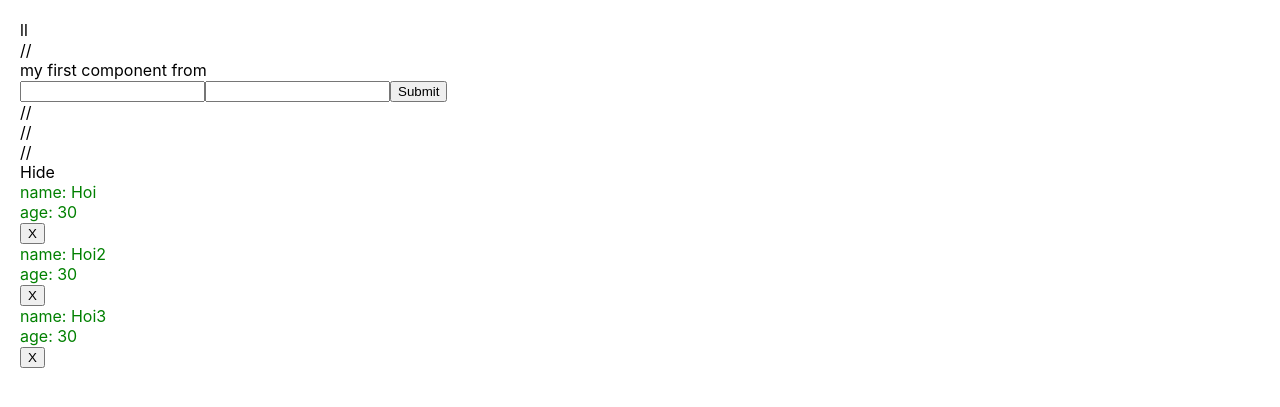
Repository: tvvn12/React-demo
Page: /
The author's editor kept a copy of each file at every save. The page is drawn from the files as they stood at one save, then again after the next save.
The browser window is 1280 px wide. The pictures show the whole page.
The project was rebuilt for these pictures with package versions that can differ from the ones it lists, and the page was loaded fresh each time.

Above is the page before, as saved 2024-03-05 18:07:55.

### src/index.js
import React from "react";
import ReactDOM from "react-dom/client";
import App from "./App";
import reportWebVitals from "./reportWebVitals";
import { Provider } from "react-redux";
import store from "./redux/store";

const root = ReactDOM.createRoot(document.getElementById("root"));
root.render(
  <Provider store={store}>
    <App />
  </Provider>
);

// If you want to start measuring performance in your app, pass a function
// to log results (for example: reportWebVitals(console.log))
// or send to an analytics endpoint. Learn more: https://bit.ly/CRA-vitals
reportWebVitals();

### src/App.js
import React from "react";
import MyComponent from "./components/MyComponent";
import "./App.scss";
class App extends React.Component {
  render() {
    return (
      <div className="App">
        ll
        <MyComponent></MyComponent>
      </div>
    );
  }
}
// const App = () => {
//   //   return (
//   //     <div className="App">
//   //       ll
//   //       <MyComponent></MyComponent>
//   //     </div>
//   //   );
//   // };
// };
// const App = () => {
//   return (
//     <div className="App">
//       ll
//       <MyComponent></MyComponent>
//     </div>
//   );
// };

export default App;

### src/components/MyComponent.js
import React, { useState } from "react";
import AddUserInfo from "./AddUserInfor";
import DisplayInfo from "./DisplayInfo";

// class MyComponent extends React.Component {
//   state = {
//     listUsers: [
//       {
//         id: 1,
//         name: "Hoi",
//         age: "30",
//       },
//       {
//         id: 2,
//         name: "Hoi2",
//         age: "30",
//       },
//       {
//         id: 3,
//         name: "Hoi3",
//         age: "30",
//       },
//     ],
//   };
//   handleAddNew = (userObj) => {
//     this.setState({
//       listUsers: [userObj, ...this.state.listUsers],
//     });
//   };
//   handleDelete = (userId) => {
//     let listUserClone = [...this.state.listUsers];
//     listUserClone = listUserClone.filter((item) => item.id !== userId);
//     this.setState({
//       listUsers: listUserClone,
//     });
//   };
//   render() {
//     return (
//       <div>
//         <AddUserInfo handleAddNew={this.handleAddNew} />
//         <br />
//         <br />

//         <DisplayInfo
//           users={this.state.listUsers}
//           delete={this.handleDelete}
//         ></DisplayInfo>
//       </div>
//     );
//   }
// }

const MyComponent = () => {
  const [listUsers, setListUser] = useState([
    {
      id: 1,
      name: "Hoi",
      age: "30",
    },
    {
      id: 2,
      name: "Hoi2",
      age: "30",
    },
    {
      id: 3,
      name: "Hoi3",
      age: "30",
    },
  ]);
  const handleAddNew = (userObj) => {
    setListUser([userObj, ...listUsers]);
  };
  const handleDelete = (userId) => {
    let listUserClone = listUsers;
    listUserClone = listUserClone.filter((item) => item.id !== userId);
    setListUser(listUserClone);
  };
  return (
    <div>
      // <AddUserInfo handleAddNew={handleAddNew} />
      // <br />
      // <br />
      // <DisplayInfo users={listUsers} delete={handleDelete}></DisplayInfo>
    </div>
  );
};

export default MyComponent;

### src/App.scss
body {
  padding: 20px;
  margin: 0;
  font-family: -apple-system, BlinkMacSystemFont, "Segoe UI", "Roboto", "Oxygen",
    "Ubuntu", "Cantarell", "Fira Sans", "Droid Sans", "Helvetica Neue",
    sans-serif;
  -webkit-font-smoothing: antialiased;
  -moz-osx-font-smoothing: grayscale;
}

code {
  font-family: source-code-pro, Menlo, Monaco, Consolas, "Courier New",
    monospace;
}

/*  */
.red {
  color: red;
}
.green {
  color: green;
}
.App-logo {
  height: 40vmin;
  pointer-events: none;
}

@media (prefers-reduced-motion: no-preference) {
  .App-logo {
    animation: App-logo-spin infinite 20s linear;
  }
}

.App-header {
  background-color: #282c34;
  min-height: 100vh;
  display: flex;
  flex-direction: column;
  align-items: center;
  justify-content: center;
  font-size: calc(10px + 2vmin);
  color: white;
}

.App-link {
  color: #61dafb;
}

@keyframes App-logo-spin {
  from {
    transform: rotate(0deg);
  }
  to {
    transform: rotate(360deg);
  }
}

### src/components/AddUserInfor.js
import React, { useState } from "react";

// class AddUserInfo extends React.Component {
//   state = {
//     name: "Erics",
//     address: "Hoidan It",
//     age: 26,
//   };
//   // handleClick(event) {
//   //   console.log(event);
//   // }
//   // handleMouse(event) {
//   //   console.log(event.pageX);
//   // }
//   handleOnchange(event) {
//     console.log(event, event.target.value);
//     this.setState({
//       name: event.target.value,
//     });
//   }
//   handleOnchange2(event) {
//     console.log(event, event.target.value);
//     this.setState({
//       age: event.target.value,
//     });
//   }
//   handleOnSubmit(e) {
//     e.preventDefault();
//     this.props.handleAddNew({
//       id: Math.floor(Math.random() * 10) + "r",
//       name: this.state.name,
//       age: this.state.age,
//     });
//   }
//   render() {
//     return (
//       <div className="">
//         my first component {this.state.name} from {this.state.age}
//         {/* <button onMouseOver={this.handleMouse} onClick={this.handleClick}>
//           Click me
//         </button> */}
//         <form action="" onSubmit={(e) => this.handleOnSubmit(e)}>
//           <input
//             value={this.state.name}
//             onChange={(event) => this.handleOnchange(event)}
//             type="text"
//             name=""
//             id=""
//           />
//           <input
//             value={this.state.age}
//             onChange={(event) => this.handleOnchange2(event)}
//             type="text"
//             name=""
//             id=""
//           />
//           <button>Submit</button>
//         </form>
//       </div>
//     );
//   }
// }

const AddUserInfor = (props) => {
  const [name, setName] = useState("");
  const [address, setAddress] = useState("");
  const [age, setAge] = useState("");
  const handleOnchange = (event) => {
    setName(event.target.value);
  };
  const handleOnchange2 = (event) => {
    setAge(event.target.value);
  };
  const handleOnSubmit = (e) => {
    e.preventDefault();
    props.handleAddNew({
      id: Math.floor(Math.random() * 10) + "r",
      name: name,
      age: age,
    });
  };
  return (
    <div>
      <div className="">
        my first component {name} from {age}
        <form action="" onSubmit={(e) => handleOnSubmit(e)}>
          <input
            value={name}
            onChange={(event) => handleOnchange(event)}
            type="text"
            name=""
            id=""
          />
          <input
            value={age}
            onChange={(event) => handleOnchange2(event)}
            type="text"
            name=""
            id=""
          />
          <button>Submit</button>
        </form>
      </div>
    </div>
  );
};

export default AddUserInfor;

### src/components/DisplayInfo.js
import React, { useState } from "react";
import "./DisplayInfo.scss";
// class DisplayInfo extends React.Component {
//   constructor(props) {
//     console.log("call contructor");
//     super(props);
//     this.state = {
//       isShow: true,
//     };
//   }

//   handleClick = () => {
//     this.setState({
//       isShow: !this.state.isShow,
//     });
//   };
//   componentDidMount() {
//     console.log("didmount");
//     setTimeout(() => {
//       document.title = "new";
//     }, 3000);
//   }
//   componentDidUpdate(preP, preS) {
//     if (this.props.users !== preP.users) {
//       if (this.props.users.length === 5) {
//         alert("me");
//       }
//     }
//   }
//   render() {
//     console.log("call render");
//     const { users } = this.props;

//     return (
//       <div className="display-info">
//         <div className="">
//           <span
//             onClick={() => {
//               this.handleClick();
//             }}
//           >
//             {this.state.isShow === true ? "Hide" : "Show"}
//           </span>
//         </div>
//         {this.state.isShow && (
//           <div>
//             {users.map((item, index) => {
//               return (
//                 <div key={item.id} className={+item.age > 30 ? "red" : "green"}>
//                   <div className="">name: {item.name}</div>
//                   <div className="">age: {item.age}</div>
//                   <button onClick={() => this.props.delete(item.id)}>X</button>
//                   <br />
//                 </div>
//               );
//             })}
//           </div>
//         )}
//       </div>
//     );
//   }
// }

const DisplayInfo = (props) => {
  const { users } = props;
  const [show, setShow] = useState(true);
  const handleShow = () => {
    setShow(!show);
  };
  return (
    <div className="display-info">
      <div className="">
        <span onClick={() => handleShow()}>{show ? "Hide" : "Show"}</span>
      </div>
      {show && (
        <div>
          {users.map((item, index) => {
            return (
              <div key={item.id} className={+item.age > 30 ? "red" : "green"}>
                <div className="">name: {item.name}</div>
                <div className="">age: {item.age}</div>
                <button onClick={() => props.delete(item.id)}>X</button>
                <br />
              </div>
            );
          })}
        </div>
      )}
    </div>
  );
};
export default DisplayInfo;

### src/components/DisplayInfo.scss
.display-info {
  .red {
    color: pink;
  }
  .green {
    color: green;
  }
}

Loaded but not shown: public/index.html (common file); src/reportWebVitals.js (common file); src/redux/store.js (common file); src/redux/reducer/rootReducer.js (common file); src/redux/reducer/counterReducer.js (common file); src/redux/action/counterAction.js (common file)

After the next save:
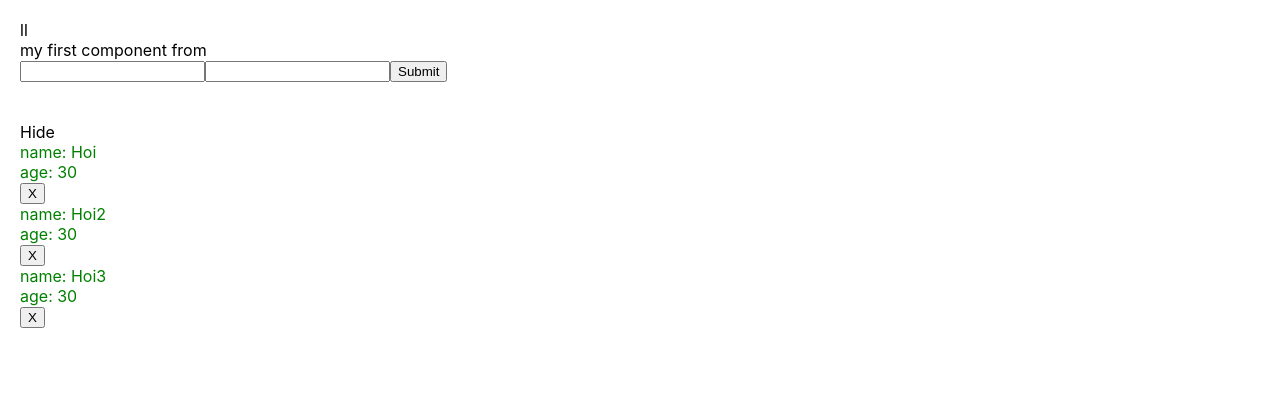
Saved 11 s later.
--- a/src/components/MyComponent.js
+++ b/src/components/MyComponent.js
@@ -78,10 +78,10 @@ const MyComponent = () => {
   };
   return (
     <div>
-      // <AddUserInfo handleAddNew={handleAddNew} />
-      // <br />
-      // <br />
-      // <DisplayInfo users={listUsers} delete={handleDelete}></DisplayInfo>
+      <AddUserInfo handleAddNew={handleAddNew} />
+      <br />
+      <br />
+      <DisplayInfo users={listUsers} delete={handleDelete}></DisplayInfo>
     </div>
   );
 };
